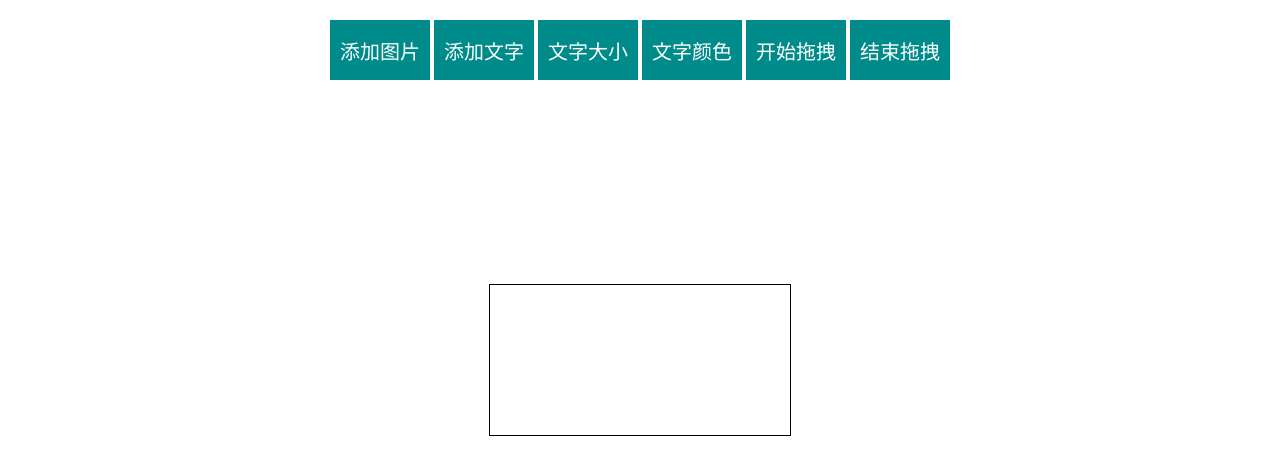
Repository: Xekin-FE/canvas-image-editor
Page: index.html
The author's editor kept a copy of each file at every save. The page is drawn from the files as they stood at one save, then again after the next save.
The browser window is 1280 px wide. The pictures show the whole page.

Above is the page before, as saved 2018-12-14 17:31:30.

### index.html
<!DOCTYPE html>
<html lang="en">
<head>
    <meta charset="UTF-8">
    <meta name="viewport" content="width=device-width, initial-scale=1.0">
    <meta http-equiv="X-UA-Compatible" content="ie=edge">
    <title>小程序</title>
</head>
<link rel="stylesheet" href="./static/css/main.css">
<body>
    <div id="app">
        <canvas id="main"></canvas>
        <canvas id="edit"></canvas>
        <div class="components">
            <button onclick="addImage();">添加图片</button>
            <button onclick="addText();">添加文字</button>
            <button onclick="changeTextSize();">文字大小</button>
            <button onclick="changeTextColor();">文字颜色</button>
            <button onclick="editText();">开始拖拽</button>
            <button onclick="endText();">结束拖拽</button>
        </div>
    </div>
    <script src="canvas.min.js"></script>
    <script>
        let can1 = document.getElementById('main');
        let can2 = document.getElementById('edit');
        let canvas = new Canvas(can1)
        let editor = new Editor(can2)
        const addImage = () => {
            canvas.renderImage('./static/image/test1.jpg', editor);
        };
        const addText = () => {
            editor.createText();
        };
        const changeTextColor = () => {
            console.log('changeTextColor');
        };
        const changeTextSize = () => {
            console.log('changeTextSize');
        };
        const editText = () => {
            editor.editText();
            console.log('editText');
        };
        const endText = () => {
            let params = editor.endText();
            canvas.renderText(params);
            console.log('endText');
        };
    </script>
</body>
</html>
<!-- var c = document.getElementById("myCanvas");
c.width=img.width;
c.height=img.height;
var cxt = c.getContext("2d");
cxt.fillStyle = "rgba(255, 255, 255, 0)";
cxt.fillRect(0, 0, c.width, c.height);
cxt.drawImage(img,0,0);
cxt.save();
cxt.font = fsz+"px Arial";
cxt.textBaseline = 'middle';//更改字号后，必须重置对齐方式，否则居中麻烦。设置文本的垂直对齐方式
cxt.textAlign = 'center';
var tw = cxt.measureText(text).width;
var ftop = 2 * c.height/3-5;
var fleft = c.width/2;
cxt.fillStyle="#ff0000";
cxt.fillRect(fleft-tw/2,ftop-fsz/2,tw,fsz);//矩形在画布居中方式
cxt.fillStyle="#ffffff";
cxt.fillText(text,fleft,ftop);//文本元素在画布居中方式
cxt.strokeStyle = 'white';
cxt.strokeText(text,fleft,ftop);//文字边框 -->

### static/css/main.css
*{
    padding: 0;
    margin: 0;
}
html,body{
    height: 100%;
}
#app{
    width: 100vw;
    height: 100%;
    position: relative;
}
#app #main{
    border: 1px solid #000;
    position: absolute;
    top: 50%;left: 50%;
    transform: translate(-50%,-50%);
    z-index: 1;
}
#app #edit{
    border: 1px solid #000;
    position: absolute;
    top: 50%;left: 50%;
    transform: translate(-50%,-50%);
    z-index: 2;
}
#app .components{
    text-align: center;
    padding: 20px;
}
#app .components button{
    width: 100px;
    height: 60px;
    font-size: 20px;
    background: darkcyan;
    color: #fff;
    border: 0;
    outline: none;
}

Loaded but not shown: canvas.min.js (library)

After the next save:
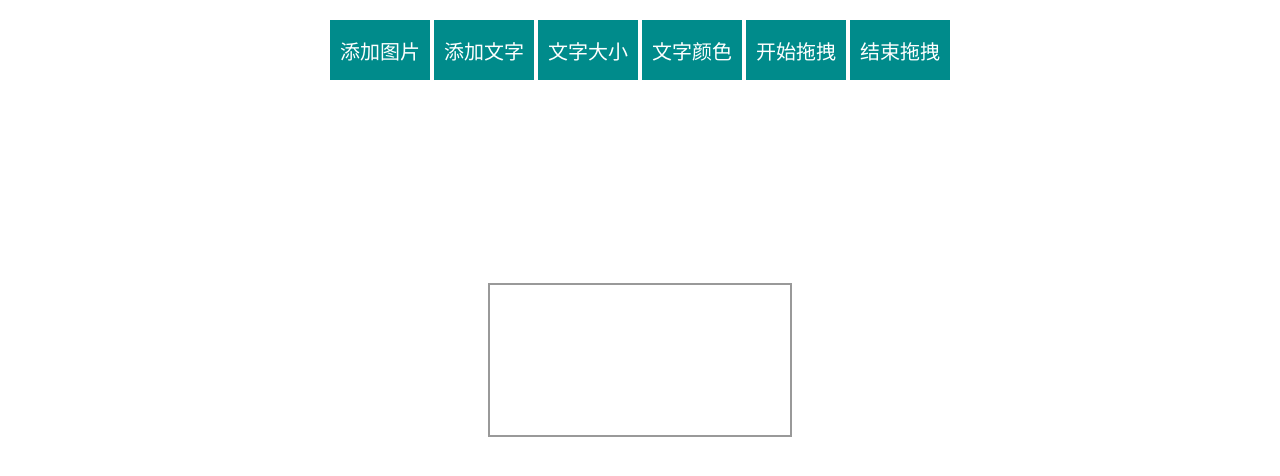
Saved 28 s later.
--- a/static/css/main.css
+++ b/static/css/main.css
@@ -18,7 +18,7 @@ html,body{
     z-index: 1;
 }
 #app #edit{
-    border: 1px solid #000;
+    border: 2px solid #999;
     position: absolute;
     top: 50%;left: 50%;
     transform: translate(-50%,-50%);
